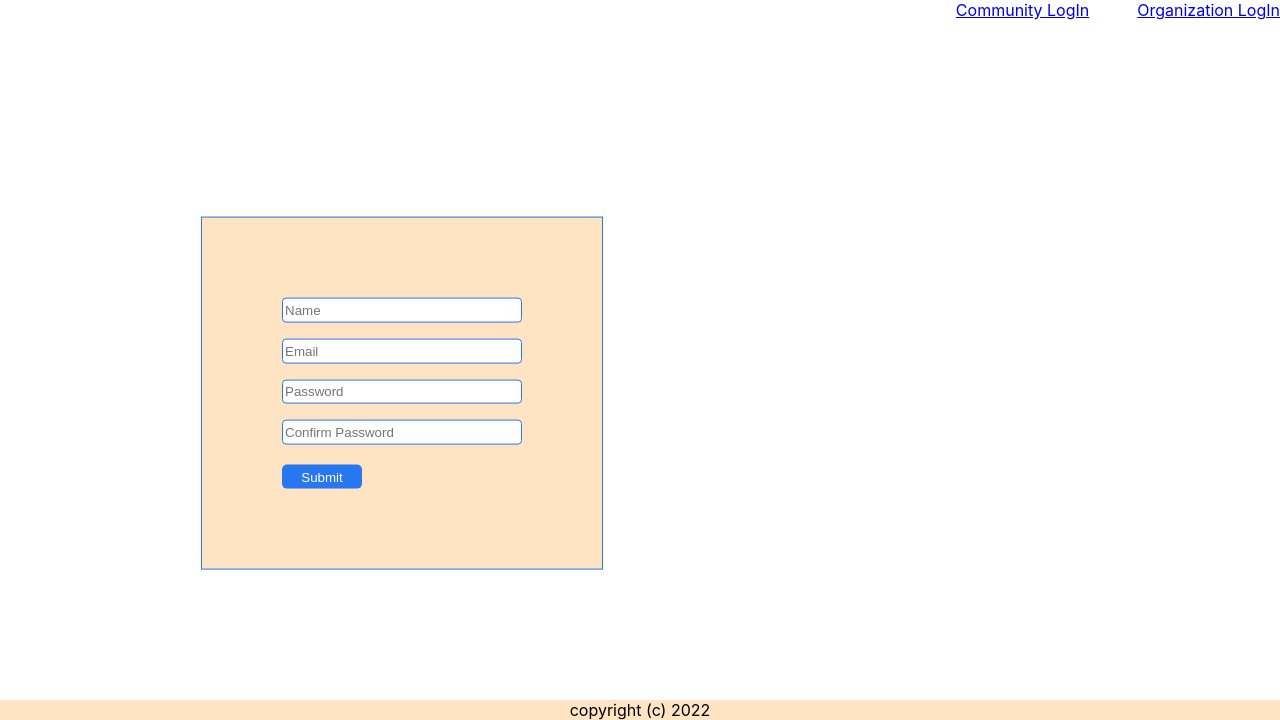
Repository: samuelp244/Ticket-Managment-System
Page: / (app in app/)
These files come from the project's save history. The page is drawn as it stood at one moment and after the next save; the edit follows.
The browser window is 1280 px wide. The pictures show the whole page.
The project was rebuilt for these pictures with package versions that can differ from the ones it lists, and the page was loaded fresh each time.

Above is the page before, as saved 2022-08-17 18:31:05.

### app/src/App.tsx
import React from 'react';
import { BrowserRouter as Router, Route, Routes} from "react-router-dom"
import Footer from './components/Footer';
import SignUpComm from './components/forms/SignUpComm';

import MainPage from './components/MainPage';


function App() {
  return (
    <div className="">
      {/* <Router>
        <Routes>
          <Route path="/" element={<MainPage/>}></Route>
          <Route path="/signup" element={<SignUpComm/>}></Route>
        </Routes>
      </Router> */}
      <MainPage/>
      <SignUpComm/>
      <Footer/>
    </div>
  );
}

export default App;

### app/src/components/Footer.tsx
import React from 'react'
import './footer.css'

const Footer = () => {
  return (
    <div className="footer">
      copyright (c) 2022
    </div>
  )
}

export default Footer

### app/src/components/forms/SignUpComm.tsx
import React from 'react';
import './SignUpComm.css'

const SignUpComm = () => {
  return (
    <form>
        <div className='details'>
          <input type="text" placeholder='Name'/>
          {/* <select name="account type" id="acct-type">
              <option value="customer">Individual</option>
              <option value="root-user">Organization</option>
          </select> */}
          <input type="email" placeholder='Email' required/>
          <input type="password" placeholder='Password' required/>
          <input type="password" placeholder='Confirm Password' required/>
        </div>
        <button type="submit">Submit</button>

    </form>
  )
}

export default SignUpComm

### app/src/components/MainPage.tsx
import React from 'react'
import './MainPage.css'
const MainPage = () => {
  return (
    <div className="main-page">
      <a href="#signupC">Community LogIn</a>

      <a href="#signupO">Organization LogIn</a>
    </div>
  )
}

export default MainPage;

### app/src/components/footer.css
.footer{
    width: 100%;
    max-height: max-content;
    position: fixed;
    align-items: center;
    text-align: center;
    bottom: 0;
    background-color: bisque;
}

### app/src/components/forms/SignUpComm.css
form{
    margin-top: 20px;
    padding: 5rem;
    border: 1px solid rgb(39, 119, 240);
    width: 15rem;
    display: flex;
    flex-direction: column;
    background-color: bisque;
    top: 50%;
    left: 50%;
    transform: translate(50%, 50%);
}

.details{
    display: flex;
    flex-direction: column;
    row-gap: 1rem;

}

button{
    margin-top: 20px;
    width: 5rem;
    height: 1.5rem;
    border-radius: 5px;
    color: rgb(255, 255, 255);
    background-color: rgb(39, 119, 240);
    border: none;

}

input{
    border: 1px solid rgb(39, 119, 240);
    height: 1.3rem;
    border-radius: 4px;
}

### app/src/components/MainPage.css
.main-page {
    display: flex;
    flex-direction:row;
    justify-content: right;
    column-gap: 3rem;
    align-items: center;
}

Loaded but not shown: app/public/index.html (common file); app/src/index.tsx (common file); app/src/index.css (common file)

After the next save:
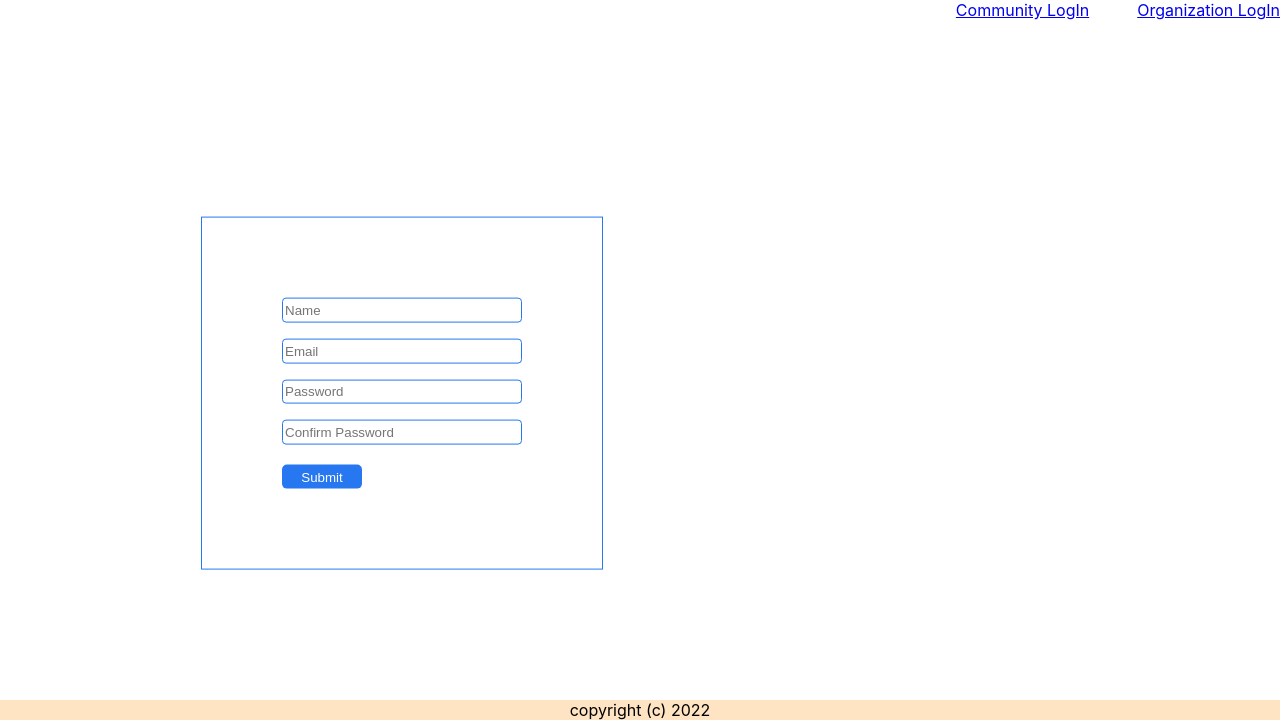
Saved 7 s later.
--- a/app/src/components/forms/SignUpComm.css
+++ b/app/src/components/forms/SignUpComm.css
@@ -5,7 +5,7 @@ form{
     width: 15rem;
     display: flex;
     flex-direction: column;
-    background-color: bisque;
+
     top: 50%;
     left: 50%;
     transform: translate(50%, 50%);
